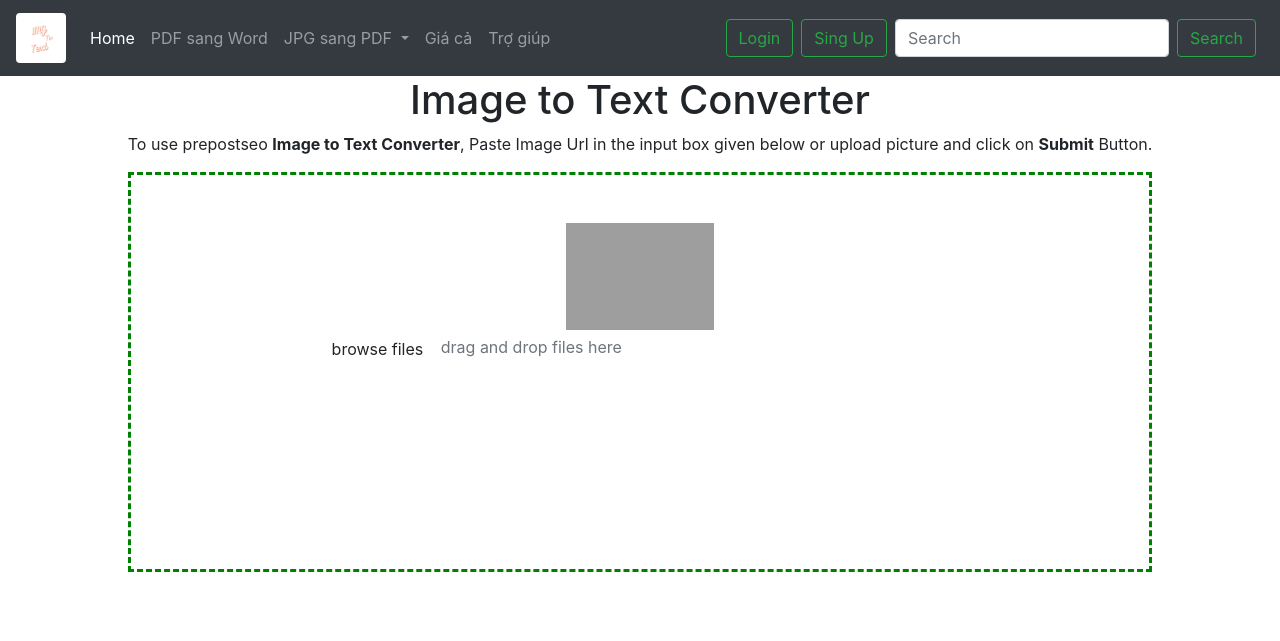
Repository: Tung1227/PBL6-2022
Page: index.html
An editor plug-in stored every save of this project. The page is shown before and after the next save, followed by the edit.
The browser window is 1280 px wide. The pictures show the whole page.
Pictures or frames that could not be fetched are drawn as grey boxes.

Above is the page before, as saved 2022-09-16 21:05:35.

After the next save:
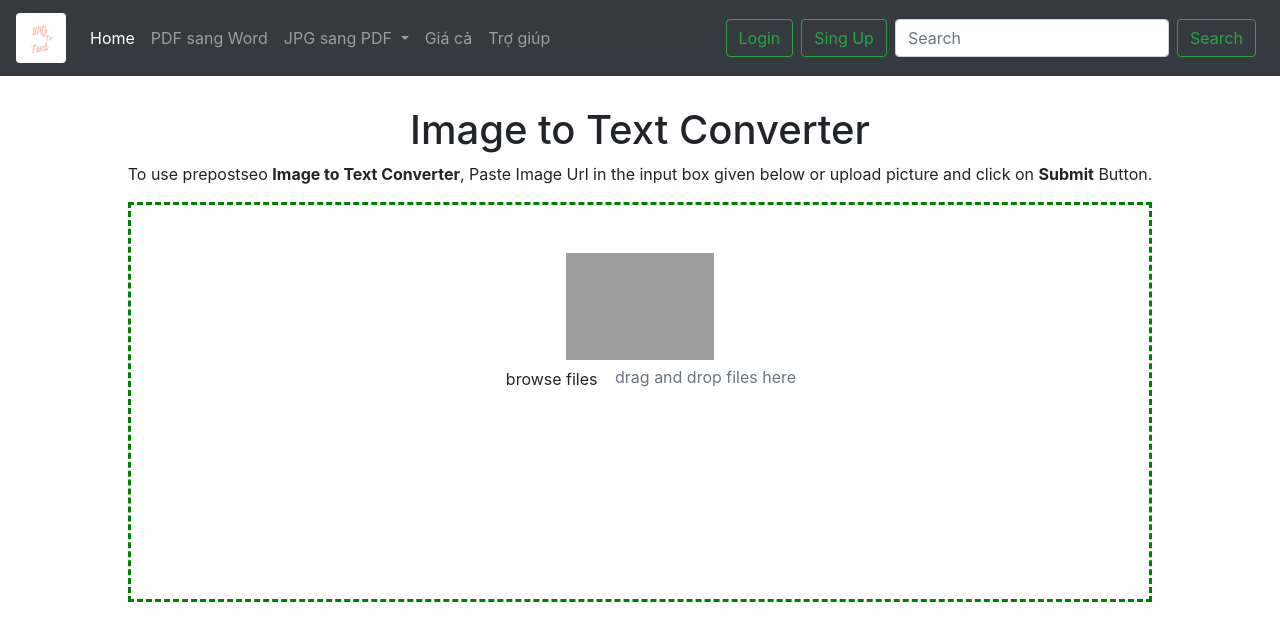
Saved 50 s later.
--- a/index.html
+++ b/index.html
@@ -61,6 +61,7 @@
     <div class="container d-flex justify-content-center mt-100">
         <div class="row">
             <div class="col-xs-1-12 text-center">
+                <input class="file-input" type="file" multiple>
                 <h1 class="">Image to Text Converter</h1>
                 <p class="text16">To use prepostseo <strong>Image to Text Converter</strong>, Paste Image Url in the
                     input
@@ -76,7 +77,6 @@
                                 class="fa fa-plus"></i> &nbsp;&nbsp;browse files</span></button>
                     <!-- <span class="choose-file-button">Choose files</span> -->
                     <span class="file-message text-secondary">drag and drop files here</span>
-                    <input class="file-input" type="file" multiple>
                 </div>
             </div>
         </div>

After the save that followed:
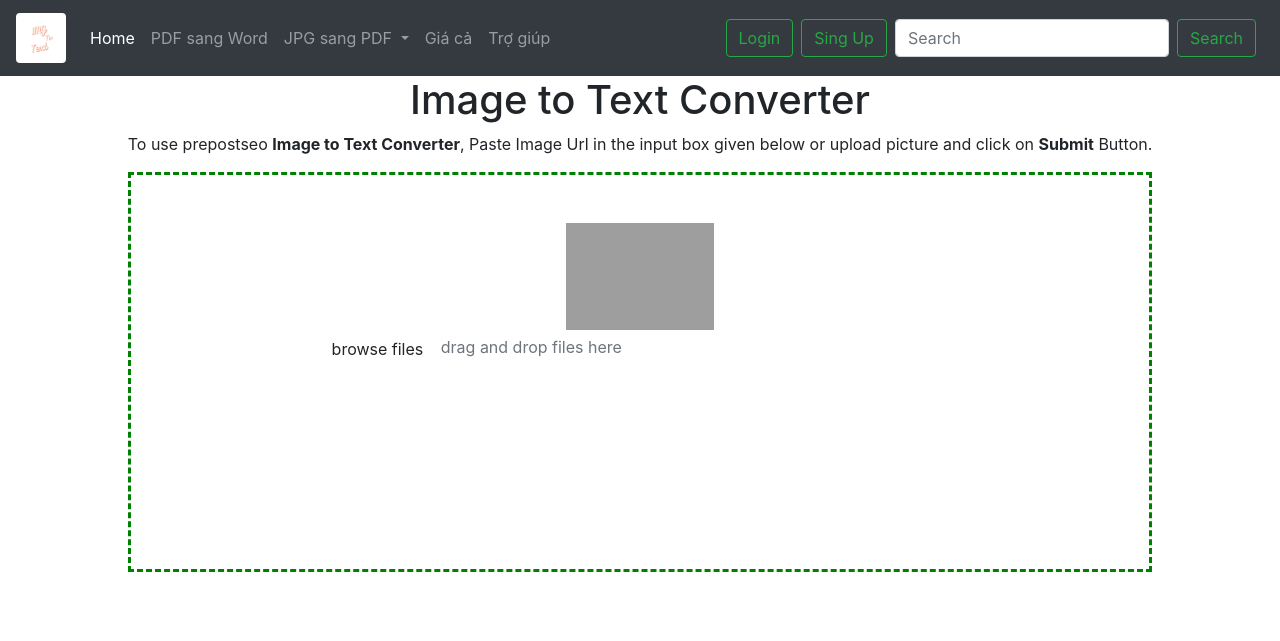
Saved 2 min 22 s later.
--- a/index.html
+++ b/index.html
@@ -61,7 +61,6 @@
     <div class="container d-flex justify-content-center mt-100">
         <div class="row">
             <div class="col-xs-1-12 text-center">
-                <input class="file-input" type="file" multiple>
                 <h1 class="">Image to Text Converter</h1>
                 <p class="text16">To use prepostseo <strong>Image to Text Converter</strong>, Paste Image Url in the
                     input
@@ -77,6 +76,7 @@
                                 class="fa fa-plus"></i> &nbsp;&nbsp;browse files</span></button>
                     <!-- <span class="choose-file-button">Choose files</span> -->
                     <span class="file-message text-secondary">drag and drop files here</span>
+                    <input class="file-input" type="file" multiple>
                 </div>
             </div>
         </div>
